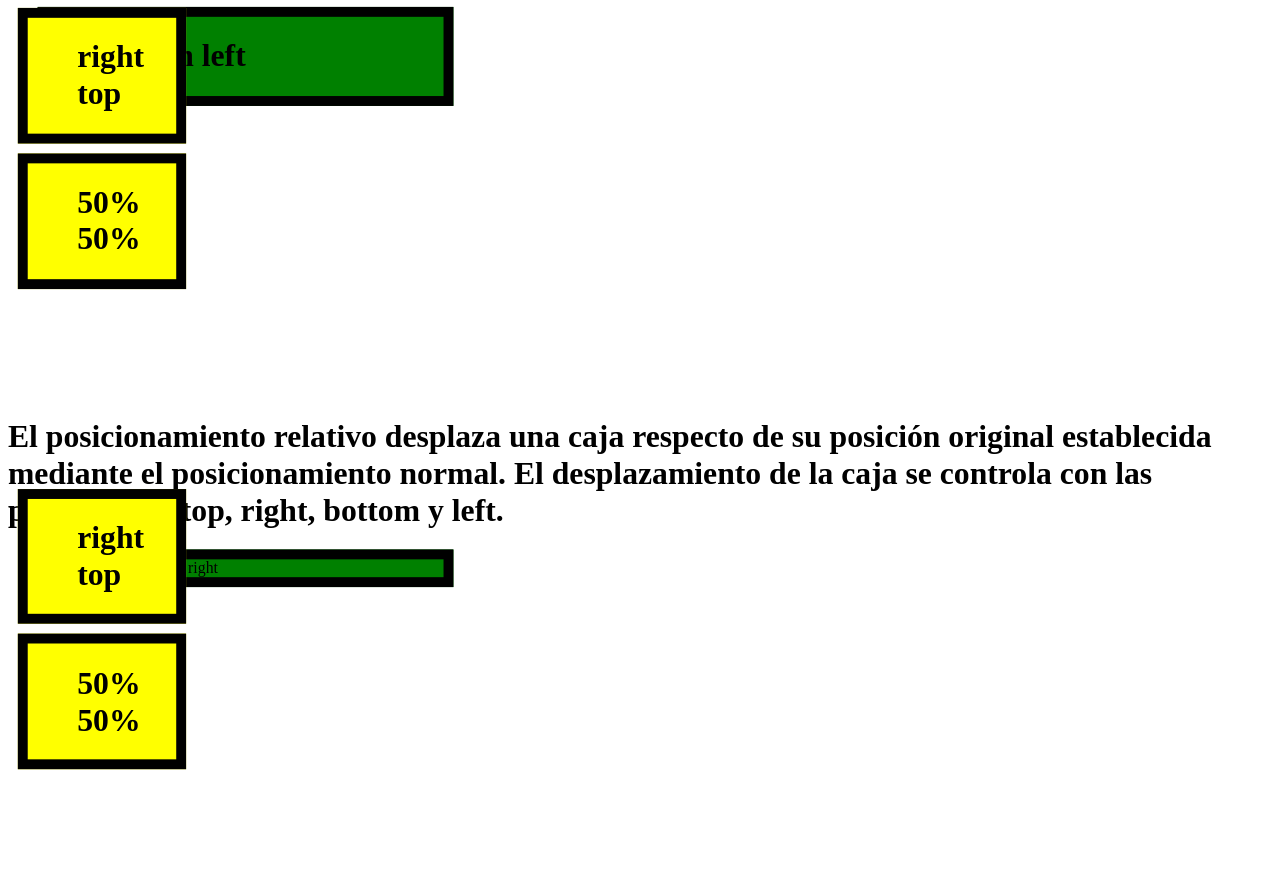
Repository: antonio63j/misNotas
Page: software/CSS/Demos/aptana_proyect/src/absoluto.html
These files come from the project's save history. The page is drawn as it stood at one moment and after the next save; the edit follows.
The browser window is 1280 px wide. The pictures show the whole page, at 99% of full size.

Above is the page before, as saved 2017-04-23 16:15:08.

After the next save:
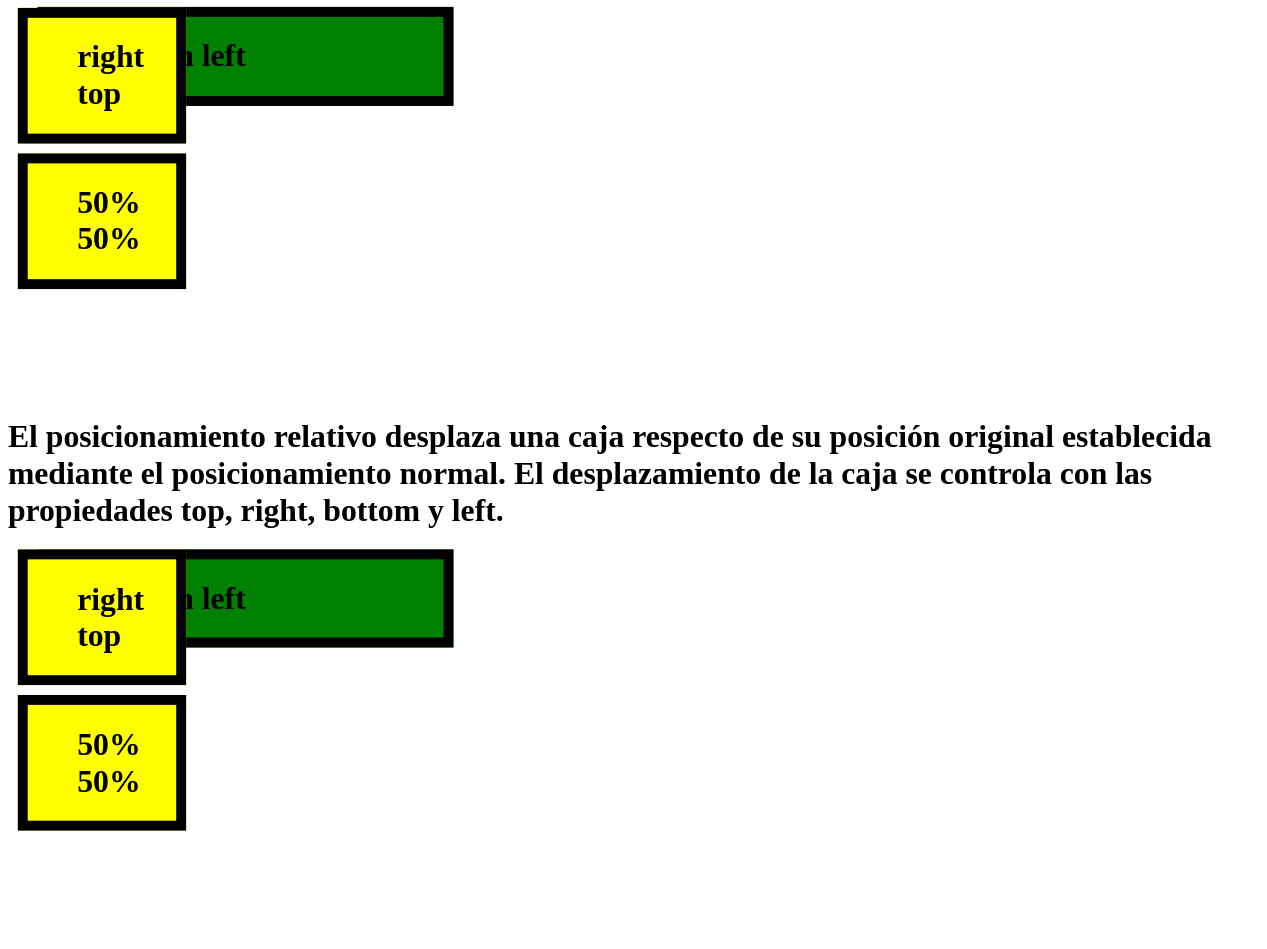
Saved 97 s later.
--- a/software/CSS/Demos/aptana_proyect/src/absoluto.html
+++ b/software/CSS/Demos/aptana_proyect/src/absoluto.html
@@ -111,7 +111,7 @@
 
 <h1>El posicionamiento relativo desplaza una caja respecto de su posición original establecida mediante el posicionamiento normal. El desplazamiento de la caja se controla con las propiedades top, right, bottom y left.</h1>
 
-<div id="caja11"><span>span left</span> <span>span right</span></div>
+<div id="caja11"><h1>bottom left</h1></div>
 <div id="caja22"><h1>right top</h1></div>
 <div id="caja33"><h1>50% 50%</h1></div>
 
